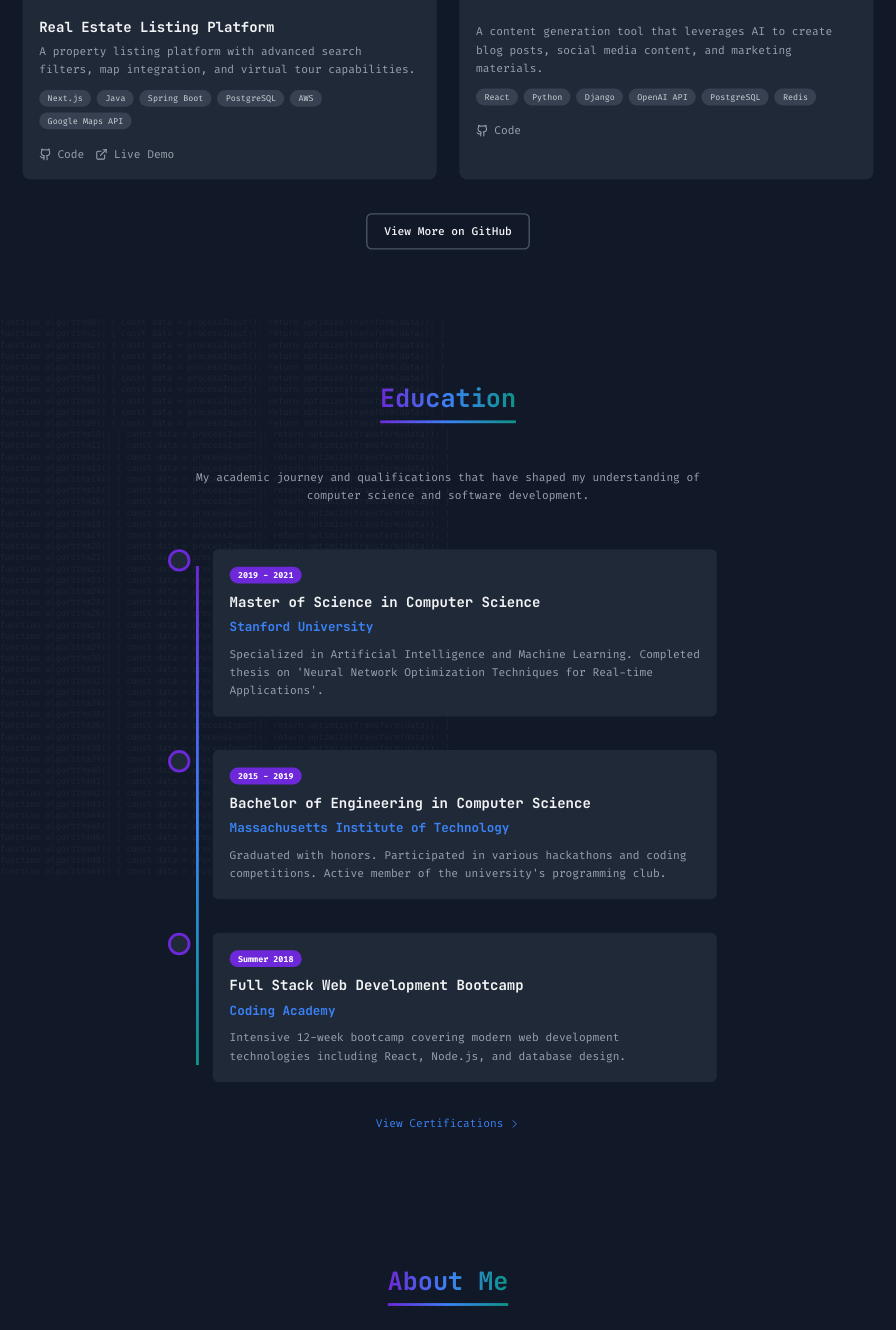
Repository: Saquib45/portfolio
Page: /
An editor plug-in stored every save of this project. The page is shown before and after the next save, followed by the edit.
The browser window is 1280 px wide. The pictures show the part of the page from y = 3512 to 5412 px (the page is 7614 px tall), at 70% of full size.
The project was rebuilt for these pictures with package versions that can differ from the ones it lists, and the page was loaded fresh each time. Also part of the build but not shown: vite.config.ts.

Above is the page before, as saved 2025-04-23 21:29:54.

### index.html
<!doctype html>
<html lang="en">
  <head>
    <meta charset="UTF-8" />
    <link rel="icon" type="image/svg+xml" href="/vite.svg" />
    <meta name="viewport" content="width=device-width, initial-scale=1.0" />
    <title>Developer Portfolio | Fullstack Software Engineer</title>
    <link rel="preconnect" href="https://fonts.googleapis.com">
    <link rel="preconnect" href="https://fonts.gstatic.com" crossorigin>
    <link href="https://fonts.googleapis.com/css2?family=JetBrains+Mono:wght@400;500;700&family=Fira+Code:wght@300;400;500;700&display=swap" rel="stylesheet">
  </head>
  <body>
    <div id="root"></div>
    <script type="module" src="/src/main.tsx"></script>
  </body>
</html>

### src/App.tsx
import React from 'react';
import Navbar from './components/Navbar';
import Hero from './components/Hero';
import Skills from './components/Skills';
import Projects from './components/Projects';
import Education from './components/Education';
import About from './components/About';
import Contact from './components/Contact';
import Footer from './components/Footer';
import FloatingNav from './components/FloatingNav';

function App() {
  return (
    <div className="bg-gray-900 text-gray-100 font-fira">
      <Navbar />
      <main>
        <Hero />
        <Skills />
        <Projects />
        <Education />
        <About />
        <Contact />
      </main>
      <Footer />
      <FloatingNav />
    </div>
  );
}

export default App;

### src/index.css
@tailwind base;
@tailwind components;
@tailwind utilities;

@layer base {
  html {
    scroll-behavior: smooth;
  }

  body {
    @apply bg-gray-900 text-gray-100;
    overflow-x: hidden;
  }

  h1, h2, h3, h4, h5, h6 {
    @apply font-jetbrains font-bold;
  }

  h1 {
    @apply text-4xl md:text-5xl lg:text-6xl;
  }

  h2 {
    @apply text-3xl md:text-4xl;
  }

  h3 {
    @apply text-2xl md:text-3xl;
  }

  p {
    @apply leading-relaxed;
  }
}

@layer components {
  .container-custom {
    @apply container mx-auto px-4 sm:px-6 lg:px-8 max-w-7xl;
  }

  .gradient-text {
    @apply bg-clip-text text-transparent bg-gradient-to-r from-primary via-accent to-secondary;
  }

  .section-padding {
    @apply py-16 md:py-24;
  }

  .section-title {
    @apply text-3xl md:text-4xl font-bold mb-12 text-center relative pb-4 inline-block;
  }

  .section-title::after {
    content: '';
    @apply absolute bottom-0 left-0 w-full h-1 bg-gradient-to-r from-primary via-accent to-secondary;
  }

  .card {
    @apply bg-gray-800 rounded-lg p-6 transition-all;
  }

  .btn {
    @apply inline-flex items-center justify-center px-6 py-3 rounded-lg font-medium transition-all duration-300 focus:outline-none focus:ring-2 focus:ring-offset-2 focus:ring-offset-gray-900;
  }

  .btn-primary {
    @apply bg-primary hover:bg-primary-600 text-white focus:ring-primary;
  }

  .btn-secondary {
    @apply bg-secondary hover:bg-secondary-600 text-white focus:ring-secondary;
  }

  .btn-accent {
    @apply bg-accent hover:bg-accent-600 text-white focus:ring-accent;
  }

  .btn-outline {
    @apply border-2 border-gray-600 hover:border-primary hover:text-primary focus:ring-primary;
  }

  .input {
    @apply block w-full px-4 py-3 bg-gray-800 border border-gray-700 rounded-lg focus:outline-none focus:ring-2 focus:ring-primary focus:border-transparent transition-colors;
  }
}

/* Scroll animations */
.fade-in-section {
  opacity: 0;
  transform: translateY(20px);
  transition: opacity 0.6s ease-out, transform 0.6s ease-out;
}

.fade-in-section.is-visible {
  opacity: 1;
  transform: translateY(0);
}

/* Project card hover effect */
.project-card {
  transition: transform 0.3s ease, box-shadow 0.3s ease;
}

.project-card:hover {
  transform: translateY(-5px);
  box-shadow: 0 10px 20px rgba(0, 0, 0, 0.2);
}

/* Cursor animation */
.cursor {
  display: inline-block;
  width: 2px;
  height: 1em;
  background-color: currentColor;
  margin-left: 2px;
  animation: blink 1s infinite;
}

@keyframes blink {
  0%, 100% { opacity: 1; }
  50% { opacity: 0; }
}

/* Skill card hover effect */
.skill-card {
  transition: all 0.3s ease;
}

.skill-card:hover {
  transform: translateY(-5px);
  box-shadow: 0 0 15px rgba(109, 40, 217, 0.5);
}

### src/components/Hero.tsx
import React from 'react';
import { motion } from 'framer-motion';
import { TypeAnimation } from 'react-type-animation';
import { ChevronDown } from 'lucide-react';
import { Link } from 'react-scroll';

const Hero: React.FC = () => {
  return (
    <section
      id="hero"
      className="relative min-h-screen flex items-center justify-center bg-hero-pattern bg-gray-900 overflow-hidden"
    >
      <div className="absolute inset-0 bg-gradient-radial from-transparent to-gray-900 z-0"></div>

      {/* Animated Background Elements */}
      <div className="absolute inset-0 z-0">
        <motion.div
          className="absolute top-1/4 left-1/4 w-64 h-64 bg-primary/20 rounded-full blur-3xl"
          animate={{
            x: [0, 50, 0],
            y: [0, 30, 0],
          }}
          transition={{
            duration: 15,
            repeat: Infinity,
            ease: "easeInOut"
          }}
        />
        <motion.div
          className="absolute bottom-1/3 right-1/3 w-96 h-96 bg-secondary/20 rounded-full blur-3xl"
          animate={{
            x: [0, -70, 0],
            y: [0, 40, 0],
          }}
          transition={{
            duration: 18,
            repeat: Infinity,
            ease: "easeInOut",
            delay: 1
          }}
        />
        <motion.div
          className="absolute top-1/2 right-1/4 w-72 h-72 bg-accent/20 rounded-full blur-3xl"
          animate={{
            x: [0, 60, 0],
            y: [0, -40, 0],
          }}
          transition={{
            duration: 20,
            repeat: Infinity,
            ease: "easeInOut",
            delay: 2
          }}
        />
      </div>

      <div className="container-custom relative z-10">
        <motion.div
          className="text-center"
          initial={{ opacity: 0, y: 20 }}
          animate={{ opacity: 1, y: 0 }}
          transition={{ duration: 0.8 }}
        >
          <motion.p
            className="text-lg md:text-xl text-accent mb-4"
            initial={{ opacity: 0 }}
            animate={{ opacity: 1 }}
            transition={{ delay: 0.2, duration: 0.8 }}
          >
            Hello, I'm
          </motion.p>

          <motion.h1
            className="text-4xl md:text-6xl lg:text-7xl font-bold mb-6"
            initial={{ opacity: 0 }}
            animate={{ opacity: 1 }}
            transition={{ delay: 0.4, duration: 0.8 }}
          >
            <span className="gradient-text">Sakib Maniyar</span>
          </motion.h1>

          <motion.div
            className="text-xl md:text-3xl text-gray-300 mb-8 h-16 flex justify-center items-center"
            initial={{ opacity: 0 }}
            animate={{ opacity: 1 }}
            transition={{ delay: 0.6, duration: 0.8 }}
          >
            <TypeAnimation
              sequence={[
                'Fullstack Developer',
                2000,
                'Software Developer',
                2000,
                'Problem Solver',
                2000,
                'Code Craftsman',
                2000,
              ]}
              speed={50}
              repeat={Infinity}
              className="font-jetbrains"
            />
          </motion.div>

          <motion.div
            className="flex flex-col sm:flex-row justify-center gap-4"
            initial={{ opacity: 0 }}
            animate={{ opacity: 1 }}
            transition={{ delay: 0.8, duration: 0.8 }}
          >
            <Link
              to="projects"
              smooth={true}
              duration={800}
              offset={-70}
              className="btn btn-primary"
            >
              View My Work
            </Link>
            <Link
              to="contact"
              smooth={true}
              duration={800}
              offset={-70}
              className="btn btn-outline"
            >
              Contact Me
            </Link>
          </motion.div>
        </motion.div>
      </div>

      <div className="absolute bottom-8 left-1/2 transform -translate-x-1/2 z-10">
        <motion.div
          animate={{ y: [0, 10, 0] }}
          transition={{
            duration: 1.5,
            repeat: Infinity,
            ease: "easeInOut"
          }}
        >
          <Link
            to="skills"
            smooth={true}
            duration={800}
            className="cursor-pointer"
          >
            <ChevronDown className="w-8 h-8 text-gray-400 hover:text-white transition-colors" />
          </Link>
        </motion.div>
      </div>
    </section>
  );
};

export default Hero;

### src/components/Projects.tsx
import React from 'react';
import { motion } from 'framer-motion';
import { useInView } from 'react-intersection-observer';
import { Github, ExternalLink } from 'lucide-react';

interface Project {
  id: number;
  title: string;
  description: string;
  image: string;
  technologies: string[];
  githubUrl: string;
  liveUrl?: string;
}

const Projects: React.FC = () => {
  const [ref, inView] = useInView({
    triggerOnce: true,
    threshold: 0.1,
  });

  const containerVariants = {
    hidden: { opacity: 0 },
    visible: {
      opacity: 1,
      transition: {
        staggerChildren: 0.3,
      },
    },
  };

  const itemVariants = {
    hidden: { y: 50, opacity: 0 },
    visible: {
      y: 0,
      opacity: 1,
      transition: { duration: 0.6, ease: "easeOut" },
    },
  };

  const projects: Project[] = [
    {
      id: 1,
      title: "Smart Contact Manager",
      description: "A full-stack web application to securely manage personal and professional contacts with user authentication. Built using Spring Boot, Thymeleaf, and Tailwind CSS with CRUD operations and role-based access",
      image: "https://encrypted-tbn0.gstatic.com/images?q=tbn:ANd9GcRo5Ic9BMsl1UCj-E2mSzL5K9LyPsfLgJky8g&s",
      technologies: ["Java", "Spring Boot", "SQL", "HTML", "CSS", "JavaScript", "Thymeleaf", "Tailwind CSS"],
      githubUrl: "https://github.com/Saquib45/Manage-Contact.git",
      // liveUrl: "https://example.com",
    },
    {
      id: 1,
      title: "smart contact manager",
      description: "A real-time chat application enabling seamless one-to-one and group messaging with instant delivery. Built using WebSockets for real-time communication and a modern, responsive UI for a smooth user experience.",
      image: "https://images.pexels.com/photos/27550988/pexels-photo-27550988/free-photo-of-a-person-holding-a-cell-phone-in-front-of-a-wooden-table.jpeg?auto=compress&cs=tinysrgb&w=1260&h=750&dpr=2",
      technologies: ["Java", "Spring Boot", "MongoDB", "HTML", "CSS", "JavaScript", "React", "Tailwind CSS"],
      githubUrl: "https://github.com/Saquib45/ChatApplication.git",
      // liveUrl: "https://example.com",
    },
    {
      id: 3,
      title: "Real Estate Listing Platform",
      description: "A property listing platform with advanced search filters, map integration, and virtual tour capabilities.",
      image: "https://images.pexels.com/photos/1546168/pexels-photo-1546168.jpeg?auto=compress&cs=tinysrgb&w=1260&h=750&dpr=2",
      technologies: ["Next.js", "Java", "Spring Boot", "PostgreSQL", "AWS", "Google Maps API"],
      githubUrl: "https://github.com",
      liveUrl: "https://example.com",
    },
    {
      id: 4,
      title: "",
      description: "A content generation tool that leverages AI to create blog posts, social media content, and marketing materials.",
      image: "https://images.pexels.com/photos/5380642/pexels-photo-5380642.jpeg?auto=compress&cs=tinysrgb&w=1260&h=750&dpr=2",
      technologies: ["React", "Python", "Django", "OpenAI API", "PostgreSQL", "Redis"],
      githubUrl: "https://github.com",
    },
  ];

  return (
    <section id="projects" className="section-padding bg-gray-900">
      <div className="container-custom">
        <div className="text-center mb-16">
          <h2 className="section-title inline-block">
            <span className="gradient-text">Featured Projects</span>
          </h2>
          <p className="mt-4 text-gray-400 max-w-3xl mx-auto">
            A selection of my recent work, showcasing my skills in frontend and backend development,
            as well as my ability to create complete, production-ready applications.
          </p>
        </div>

        <motion.div
          ref={ref}
          variants={containerVariants}
          initial="hidden"
          animate={inView ? "visible" : "hidden"}
          className="grid grid-cols-1 md:grid-cols-2 gap-8"
        >
          {projects.map((project) => (
            <motion.div
              key={project.id}
              variants={itemVariants}
              className="project-card bg-gray-800 rounded-xl overflow-hidden"
            >
              <div className="relative h-60 overflow-hidden">
                <img
                  src={project.image}
                  alt={project.title}
                  className="w-full h-full object-cover transition-transform duration-500 hover:scale-110"
                />
              </div>
              <div className="p-6">
                <h3 className="text-xl font-bold mb-2">{project.title}</h3>
                <p className="text-gray-400 mb-4">{project.description}</p>
                <div className="mb-6">
                  <div className="flex flex-wrap gap-2">
                    {project.technologies.map((tech, index) => (
                      <span
                        key={index}
                        className="text-xs px-3 py-1 bg-gray-700 text-gray-300 rounded-full"
                      >
                        {tech}
                      </span>
                    ))}
                  </div>
                </div>
                <div className="flex gap-4">
                  <a
                    href={project.githubUrl}
                    target="_blank"
                    rel="noopener noreferrer"
                    className="flex items-center gap-2 text-gray-400 hover:text-primary transition-colors"
                  >
                    <Github size={18} />
                    <span>Code</span>
                  </a>
                  {project.liveUrl && (
                    <a
                      href={project.liveUrl}
                      target="_blank"
                      rel="noopener noreferrer"
                      className="flex items-center gap-2 text-gray-400 hover:text-accent transition-colors"
                    >
                      <ExternalLink size={18} />
                      <span>Live Demo</span>
                    </a>
                  )}
                </div>
              </div>
            </motion.div>
          ))}
        </motion.div>

        <div className="mt-12 text-center">
          <a
            href="https://github.com"
            target="_blank"
            rel="noopener noreferrer"
            className="btn btn-outline"
          >
            View More on GitHub
          </a>
        </div>
      </div>
    </section>
  );
};

export default Projects;

### src/components/Footer.tsx
import React from 'react';
import { Github, Linkedin, Twitter, ArrowUp } from 'lucide-react';
import { Link } from 'react-scroll';

const Footer: React.FC = () => {
  const currentYear = new Date().getFullYear();

  return (
    <footer className="bg-gray-950 pt-16 pb-6 relative">
      <div className="container-custom">
        <div className="grid grid-cols-1 md:grid-cols-2 lg:grid-cols-4 gap-8 mb-12">
          <div>
            <h4 className="text-xl font-bold mb-4 gradient-text">
              DEVFOLIO
            </h4>
            <p className="text-gray-400 mb-4">
              Fullstack developer specializing in building exceptional digital experiences.
            </p>
            <div className="flex space-x-4">
              <a
                href="https://github.com"
                target="_blank"
                rel="noopener noreferrer"
                className="text-gray-400 hover:text-primary transition-colors"
                aria-label="GitHub"
              >
                <Github size={20} />
              </a>
              <a
                href="https://linkedin.com"
                target="_blank"
                rel="noopener noreferrer"
                className="text-gray-400 hover:text-accent transition-colors"
                aria-label="LinkedIn"
              >
                <Linkedin size={20} />
              </a>
              <a
                href="https://twitter.com"
                target="_blank"
                rel="noopener noreferrer"
                className="text-gray-400 hover:text-secondary transition-colors"
                aria-label="Twitter"
              >
                <Twitter size={20} />
              </a>
            </div>
          </div>

          <div>
            <h4 className="text-lg font-bold mb-4">Navigation</h4>
            <ul className="space-y-2">
              {['Home', 'Skills', 'Projects', 'Education', 'About', 'Contact'].map((item) => (
                <li key={item}>
                  <Link
                    to={item.toLowerCase()}
                    smooth={true}
                    duration={500}
                    offset={-70}
                    className="text-gray-400 hover:text-primary transition-colors cursor-pointer"
                  >
                    {item}
                  </Link>
                </li>
              ))}
            </ul>
          </div>

          <div>
            <h4 className="text-lg font-bold mb-4">Services</h4>
            <ul className="space-y-2">
              {['Web Development', 'Frontend Design', 'Backend Systems', 'API Development', 'Database Design', 'UI/UX Design'].map((item) => (
                <li key={item}>
                  <span className="text-gray-400 cursor-default">{item}</span>
                </li>
              ))}
            </ul>
          </div>

          <div>
            <h4 className="text-lg font-bold mb-4">Contact</h4>
            <ul className="space-y-2 text-gray-400">
              <li>San Francisco, California</li>
              <li>contact@johndoe.dev</li>
              <li>+1 (234) 567-8900</li>
            </ul>
          </div>
        </div>

        <div className="border-t border-gray-800 pt-6 mt-6 flex flex-col sm:flex-row justify-between items-center">
          <p className="text-gray-500 text-sm mb-4 sm:mb-0">
            &copy; {currentYear} John Doe. All rights reserved.
          </p>
          <Link
            to="hero"
            smooth={true}
            duration={800}
            className="p-3 bg-gray-800 rounded-full text-gray-400 hover:text-white transition-colors cursor-pointer"
            aria-label="Back to top"
          >
            <ArrowUp size={20} />
          </Link>
        </div>
      </div>
    </footer>
  );
};

export default Footer;

### src/components/FloatingNav.tsx
import React, { useState, useEffect } from 'react';
import { Link } from 'react-scroll';
import { Home, Code, Briefcase, GraduationCap, User, Mail, Menu, X } from 'lucide-react';

const FloatingNav: React.FC = () => {
  const [isVisible, setIsVisible] = useState(false);
  const [isOpen, setIsOpen] = useState(false);

  useEffect(() => {
    const toggleVisibility = () => {
      if (window.scrollY > 300) {
        setIsVisible(true);
      } else {
        setIsVisible(false);
        setIsOpen(false);
      }
    };

    window.addEventListener('scroll', toggleVisibility);
    return () => window.removeEventListener('scroll', toggleVisibility);
  }, []);

  const toggleMenu = () => {
    setIsOpen(!isOpen);
  };

  const navItems = [
    { name: 'Home', icon: <Home size={18} />, target: 'hero' },
    { name: 'Skills', icon: <Code size={18} />, target: 'skills' },
    { name: 'Projects', icon: <Briefcase size={18} />, target: 'projects' },
    { name: 'Education', icon: <GraduationCap size={18} />, target: 'education' },
    { name: 'About', icon: <User size={18} />, target: 'about' },
    { name: 'Contact', icon: <Mail size={18} />, target: 'contact' },
  ];

  if (!isVisible) return null;

  return (
    <div className="fixed bottom-6 right-6 z-50">
      <button
        onClick={toggleMenu}
        className={`w-12 h-12 rounded-full flex items-center justify-center ${
          isOpen ? 'bg-primary text-white' : 'bg-gray-800 text-white'
        } shadow-lg hover:shadow-xl transition-all duration-300 focus:outline-none`}
        aria-label={isOpen ? 'Close navigation menu' : 'Open navigation menu'}
      >
        {isOpen ? <X size={20} /> : <Menu size={20} />}
      </button>

      {isOpen && (
        <div className="absolute right-0 bottom-16 p-2 bg-gray-800 rounded-lg shadow-xl">
          <ul className="space-y-2">
            {navItems.map((item) => (
              <li key={item.name}>
                <Link
                  to={item.target}
                  smooth={true}
                  duration={500}
                  offset={-70}
                  onClick={() => setIsOpen(false)}
                  className="flex items-center px-4 py-2 rounded-lg hover:bg-gray-700 text-gray-300 hover:text-white transition-colors cursor-pointer"
                >
                  <span className="mr-3">{item.icon}</span>
                  <span>{item.name}</span>
                </Link>
              </li>
            ))}
          </ul>
        </div>
      )}
    </div>
  );
};

export default FloatingNav;

Loaded but not shown: src/main.tsx (common file); tailwind.config.js (68 lines, source omitted); src/components/Contact.tsx (242 lines, source omitted); src/components/Skills.tsx (144 lines, source omitted); src/components/About.tsx (113 lines, source omitted); src/components/Navbar.tsx (154 lines, source omitted); src/components/Education.tsx (134 lines, source omitted)

After the next save:
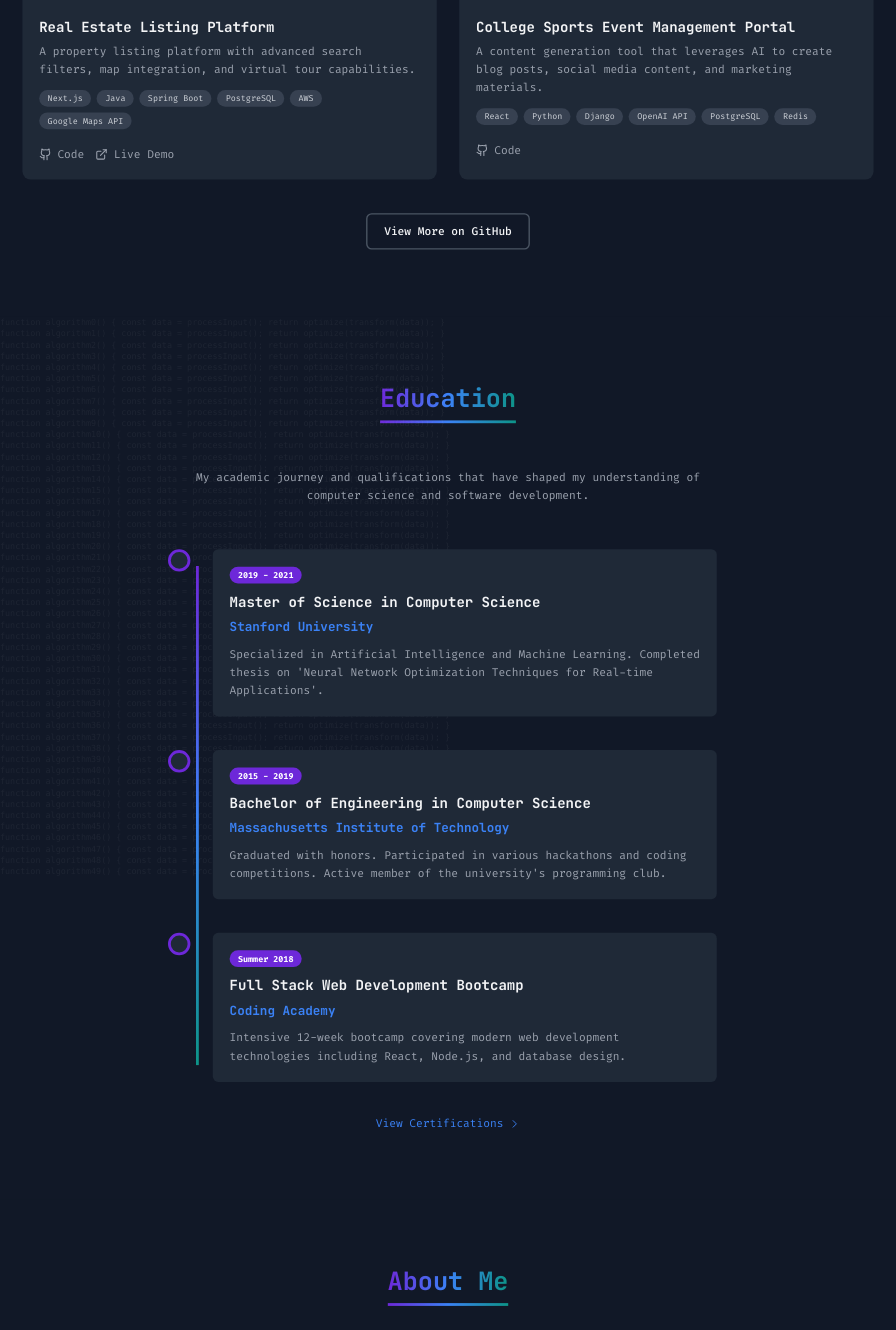
Saved 114 s later.
--- a/src/components/Projects.tsx
+++ b/src/components/Projects.tsx
@@ -68,7 +68,7 @@ const Projects: React.FC = () => {
     },
     {
       id: 4,
-      title: "",
+      title: "College Sports Event Management Portal",
       description: "A content generation tool that leverages AI to create blog posts, social media content, and marketing materials.",
       image: "https://images.pexels.com/photos/5380642/pexels-photo-5380642.jpeg?auto=compress&cs=tinysrgb&w=1260&h=750&dpr=2",
       technologies: ["React", "Python", "Django", "OpenAI API", "PostgreSQL", "Redis"],
